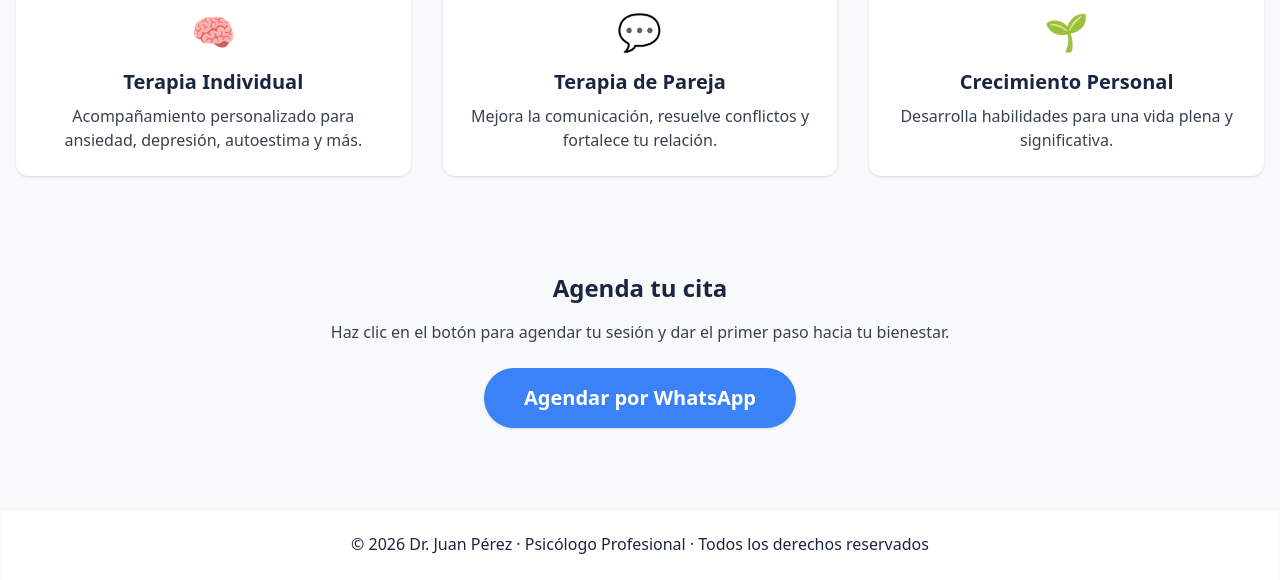
Repository: deejayberna/landing-psicologo
Page: index.html
These files come from the project's save history. The page is drawn as it stood at one moment and after the next save; the edit follows.
The browser window is 1280 px wide. The pictures show the part of the page from y = 1316 to 2268 px (the page is 1896 px tall before and 2268 px after).
A picture or video elsewhere on the page could not be fetched, so the positions and the page height are approximate. Some web libraries are served in a nearby version.

Above is the page before, as saved 2026-04-28 21:22:29.

### index.html
<!DOCTYPE html>
<html lang="es">
<head>
  <meta charset="UTF-8">
  <meta name="viewport" content="width=device-width, initial-scale=1">
  <title>Psicólogo Profesional | Dr. Juan Pérez</title>
  <meta name="description" content="Atención psicológica profesional, empática y confidencial en CDMX. Agenda tu cita con el Dr. Juan Pérez.">
  <meta name="keywords" content="psicólogo, terapia, CDMX, ansiedad, depresión, pareja, crecimiento personal, consulta, salud mental">
  <meta name="author" content="Dr. Juan Pérez">
  <link rel="icon" href="assets/favicon.ico" type="image/x-icon">
  <!-- Tailwind CSS CDN -->
  <script src="https://cdn.tailwindcss.com"></script>
  <link rel="stylesheet" href="css/styles.css">
</head>
  <body class="bg-[#f8f9fa] text-[#1a2542] font-sans antialiased">

  <!-- Header / Navbar -->
  <header class="bg-white shadow fixed w-full z-20 top-0 left-0" role="banner">
    <nav class="container mx-auto flex items-center justify-between p-4">
      <span class="font-bold text-xl text-[#1a2542]" aria-label="Inicio">Dr. Juan Pérez</span>
      <button id="menu-btn" class="md:hidden block focus:outline-none" aria-label="Abrir menú de navegación" aria-controls="mobile-menu" aria-expanded="false">
        <svg class="w-7 h-7 text-[#1a2542]" fill="none" stroke="currentColor" viewBox="0 0 24 24">
          <path stroke-linecap="round" stroke-linejoin="round" stroke-width="2"
            d="M4 6h16M4 12h16M4 18h16"/>
        </svg>
      </button>
      <ul id="menu" class="hidden md:flex space-x-8 font-medium" role="menubar">
        <li><a href="#inicio" class="hover:text-[#3b82f6]">Inicio</a></li>
        <li><a href="#empatia" class="hover:text-[#3b82f6]">Empatía</a></li>
        <li><a href="#sobre-mi" class="hover:text-[#3b82f6]">Sobre mí</a></li>
        <li><a href="#servicios" class="hover:text-[#3b82f6]">Servicios</a></li>
        <li><a href="#contacto" class="hover:text-[#3b82f6]">Contacto</a></li>
      </ul>
    </nav>
    <!-- Menú móvil -->
    <div id="mobile-menu" class="md:hidden hidden bg-white shadow" role="menu">
      <ul class="flex flex-col space-y-2 p-4">
        <li><a href="#inicio" class="block py-2">Inicio</a></li>
        <li><a href="#empatia" class="block py-2">Empatía</a></li>
        <li><a href="#sobre-mi" class="block py-2">Sobre mí</a></li>
        <li><a href="#servicios" class="block py-2">Servicios</a></li>
        <li><a href="#contacto" class="block py-2">Contacto</a></li>
      </ul>
    </div>
  </header>

  <main class="pt-24" id="main-content">

    <!-- Hero -->
    <section id="inicio" class="bg-[#1a2542] text-[#f8f9fa] py-16 px-4 flex flex-col items-center text-center" aria-label="Sección principal">
      <h1 class="text-3xl md:text-5xl font-extrabold mb-4">Recupera tu bienestar emocional</h1>
      <p class="text-lg md:text-2xl mb-6">Atención psicológica profesional, empática y confidencial en CDMX.</p>
      <img src="assets/psicologo-placeholder.jpg" alt="Foto profesional del Dr. Juan Pérez, psicólogo" class="w-32 h-32 md:w-48 md:h-48 rounded-full object-cover mx-auto mb-6 border-4 border-[#3b82f6] shadow-lg" loading="lazy">
      <a href="https://wa.me/5215512345678" target="_blank" rel="noopener" class="inline-block bg-[#3b82f6] text-white px-8 py-3 rounded-full font-semibold text-lg shadow hover:bg-[#2563eb] transition" aria-label="Agendar cita por WhatsApp">
        Agenda por WhatsApp
      </a>
    </section>

    <!-- Empatía -->
    <section id="empatia" class="container mx-auto py-12 px-4" aria-label="Empatía">
      <div class="bg-white rounded-xl shadow p-8 max-w-2xl mx-auto">
        <h2 class="text-2xl font-bold mb-4 text-[#1a2542]">¿Te sientes abrumado, ansioso o sin rumbo?</h2>
        <p class="text-[#374151] text-lg">No estás solo. Muchas personas atraviesan momentos difíciles y pedir ayuda es un acto de valentía. Juntos podemos encontrar herramientas para que recuperes tu tranquilidad y confianza.</p>
      </div>
    </section>

    <!-- Sobre Mí -->
    <section id="sobre-mi" class="container mx-auto py-12 px-4 flex flex-col md:flex-row items-center md:space-x-8" aria-label="Sobre mí">
      <img src="assets/psicologo-placeholder.jpg" alt="Foto profesional del Dr. Juan Pérez, psicólogo" class="w-32 h-32 md:w-48 md:h-48 rounded-full object-cover mb-6 md:mb-0 border-4 border-[#1a2542] shadow" loading="lazy">
      <div>
        <h2 class="text-2xl font-bold mb-2 text-[#1a2542]">Sobre mí</h2>
        <p class="text-[#374151] mb-2">Soy el Dr. Juan Pérez, psicólogo titulado por la UNAM con más de 10 años de experiencia en terapia individual y de pareja. Mi enfoque es humano, empático y basado en evidencia científica.</p>
        <p class="text-[#374151] mb-2">Cédula profesional: <span class="font-semibold">1234567</span></p>
        <p class="text-[#374151]">Mi compromiso es acompañarte en tu proceso de sanación y crecimiento personal.</p>
      </div>
    </section>

    <!-- Servicios -->
    <section id="servicios" class="container mx-auto py-12 px-4" aria-label="Servicios">
      <h2 class="text-2xl font-bold mb-8 text-center text-[#1a2542]">Servicios</h2>
      <div class="grid gap-8 md:grid-cols-3">
        <!-- Tarjeta 1 -->
        <div class="bg-white rounded-xl shadow p-6 flex flex-col items-center text-center" tabindex="0" aria-label="Terapia Individual">
          <span class="text-4xl mb-4" aria-hidden="true">🧠</span>
          <h3 class="font-semibold text-xl mb-2">Terapia Individual</h3>
          <p class="text-[#374151]">Acompañamiento personalizado para ansiedad, depresión, autoestima y más.</p>
        </div>
        <!-- Tarjeta 2 -->
        <div class="bg-white rounded-xl shadow p-6 flex flex-col items-center text-center" tabindex="0" aria-label="Terapia de Pareja">
          <span class="text-4xl mb-4" aria-hidden="true">💬</span>
          <h3 class="font-semibold text-xl mb-2">Terapia de Pareja</h3>
          <p class="text-[#374151]">Mejora la comunicación, resuelve conflictos y fortalece tu relación.</p>
        </div>
        <!-- Tarjeta 3 -->
        <div class="bg-white rounded-xl shadow p-6 flex flex-col items-center text-center" tabindex="0" aria-label="Crecimiento Personal">
          <span class="text-4xl mb-4" aria-hidden="true">🌱</span>
          <h3 class="font-semibold text-xl mb-2">Crecimiento Personal</h3>
          <p class="text-[#374151]">Desarrolla habilidades para una vida plena y significativa.</p>
        </div>
      </div>
    </section>

    <!-- Contacto -->
    <section id="contacto" class="container mx-auto py-12 px-4 flex flex-col items-center" aria-label="Contacto">
      <h2 class="text-2xl font-bold mb-4 text-[#1a2542]">Agenda tu cita</h2>
      <p class="text-[#374151] mb-6 text-center">Haz clic en el botón para agendar tu sesión y dar el primer paso hacia tu bienestar.</p>
      <a href="https://wa.me/5215512345678" target="_blank" rel="noopener" class="bg-[#3b82f6] text-white px-10 py-4 rounded-full font-semibold text-xl shadow hover:bg-[#2563eb] transition" aria-label="Agendar cita por WhatsApp">
        Agendar por WhatsApp
      </a>
    </section>

  </main>

  <!-- Footer -->
  <footer class="bg-white text-[#1a2542] text-center py-6 mt-8 shadow-inner" role="contentinfo">
    <p>&copy; 2026 Dr. Juan Pérez · Psicólogo Profesional · Todos los derechos reservados</p>
  </footer>

  <!-- Script menú hamburguesa -->
  <script>
    const menuBtn = document.getElementById('menu-btn');
    const mobileMenu = document.getElementById('mobile-menu');
    menuBtn.addEventListener('click', () => {
      const expanded = menuBtn.getAttribute('aria-expanded') === 'true';
      menuBtn.setAttribute('aria-expanded', !expanded);
      mobileMenu.classList.toggle('hidden');
    });
  </script>
</body>
</html>

### css/styles.css
/* Puedes agregar aquí estilos personalizados si lo requieres */

After the next save:
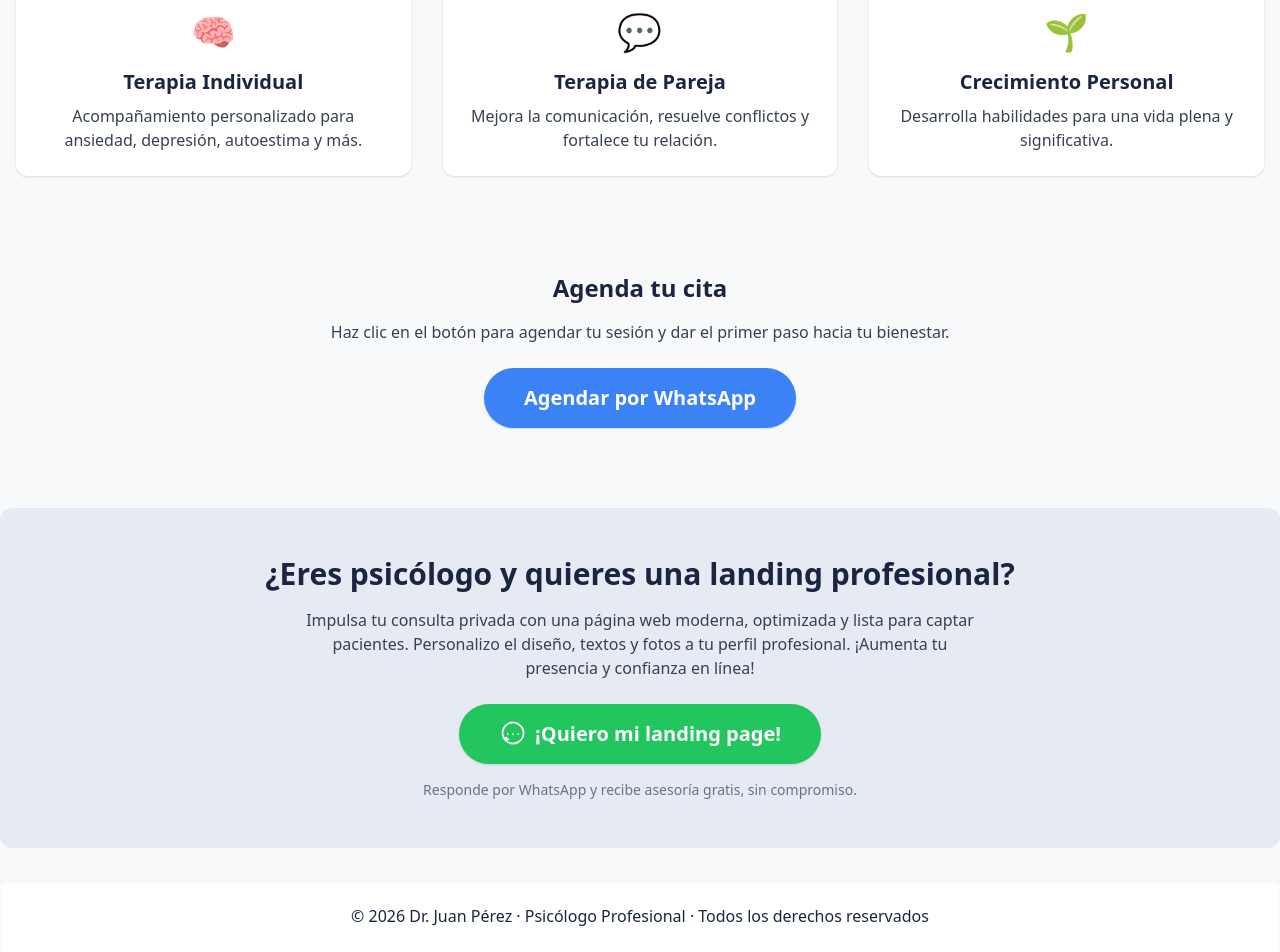
Saved 4 min 52 s later.
--- a/index.html
+++ b/index.html
@@ -109,6 +109,17 @@
       </a>
     </section>
 
+    <!-- Sección comercial para psicólogos -->
+    <section id="landing-psicologos" class="container mx-auto py-12 px-4 flex flex-col items-center bg-[#e6eaf3] rounded-xl mt-8" aria-label="Landing para psicólogos">
+      <h2 class="text-2xl md:text-3xl font-bold mb-4 text-[#1a2542] text-center">¿Eres psicólogo y quieres una landing profesional?</h2>
+      <p class="text-[#374151] mb-6 text-center max-w-2xl">Impulsa tu consulta privada con una página web moderna, optimizada y lista para captar pacientes. Personalizo el diseño, textos y fotos a tu perfil profesional. ¡Aumenta tu presencia y confianza en línea!</p>
+      <a href="https://wa.me/5215535818402?text=Quiero%20mi%20landing%20page%2C%20m%C3%A1s%20informaci%C3%B3n%20por%20favor." target="_blank" rel="noopener" class="bg-[#22c55e] text-white px-10 py-4 rounded-full font-semibold text-xl shadow hover:bg-[#16a34a] transition flex items-center gap-2" aria-label="Solicitar información para landing de psicólogo por WhatsApp">
+        <svg xmlns="http://www.w3.org/2000/svg" fill="none" viewBox="0 0 24 24" stroke-width="1.5" stroke="currentColor" class="w-7 h-7" aria-hidden="true"><path stroke-linecap="round" stroke-linejoin="round" d="M7.5 12h.008v.008H7.5V12zm4.5 0h.008v.008H12V12zm4.5 0h.008v.008H16.5V12zm-9.193 6.75A9 9 0 1121 12a9 9 0 01-13.693 6.75zm.693-2.25l-2.25.75.75-2.25" /></svg>
+        ¡Quiero mi landing page!
+      </a>
+      <p class="text-[#64748b] mt-4 text-sm">Responde por WhatsApp y recibe asesoría gratis, sin compromiso.</p>
+    </section>
+
   </main>
 
   <!-- Footer -->
